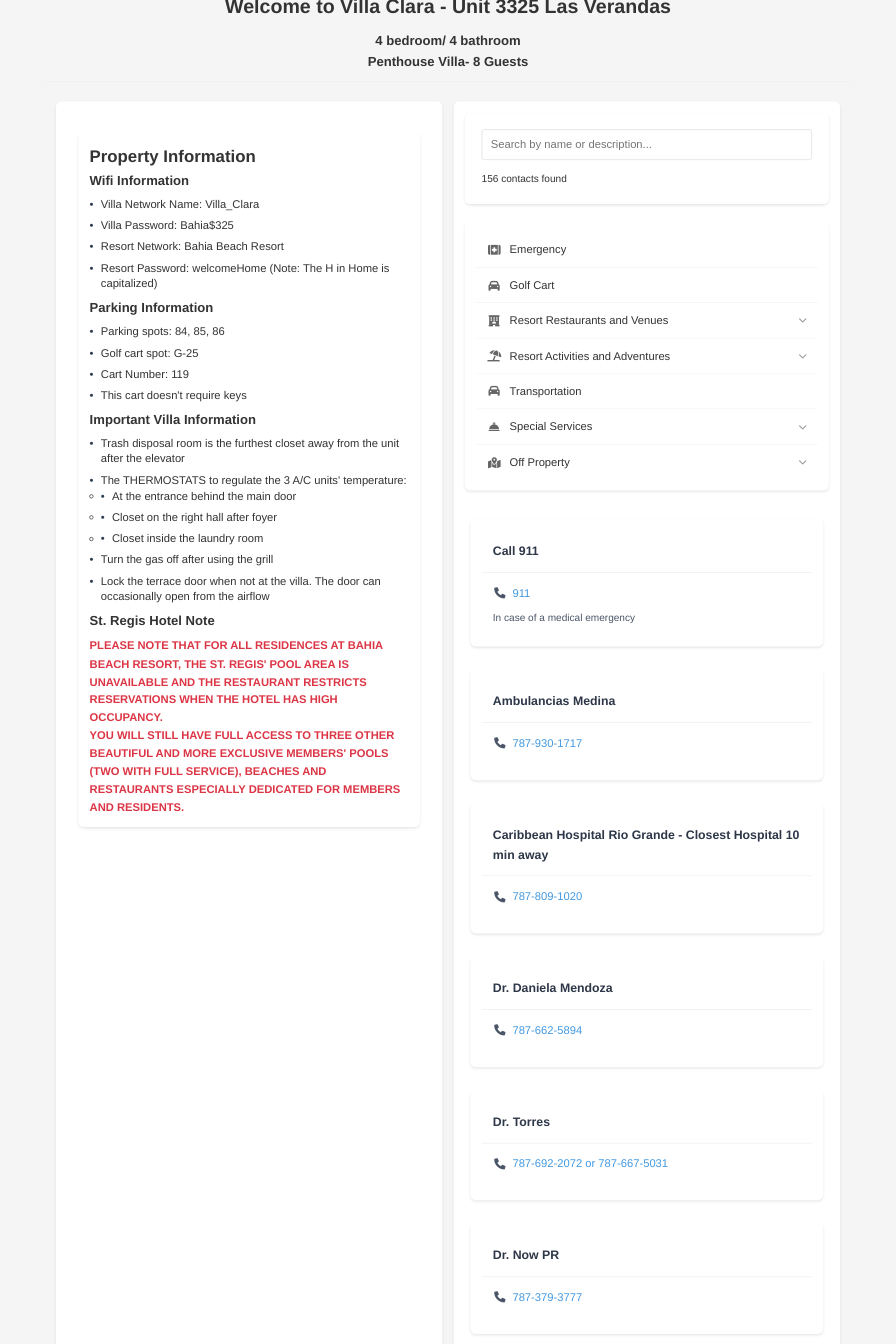
Repository: chvg1968/luxephonebook
Page: public/pages/villaclara.html
An editor plug-in stored every save of this project. The page is shown before and after the next save, followed by the edit.
The browser window is 1280 px wide. The pictures show the part of the page from y = 571 to 2491 px (the page is 33105 px tall before and 1825 px after), at 70% of full size.

Above is the page before, as saved 2025-01-23 22:18:53.

### public/pages/villaclara.html
<!DOCTYPE html>
<html lang="en">
<head>
    <meta charset="UTF-8">
    <meta name="viewport" content="width=device-width, initial-scale=1.0">
    <title>Luxe Properties - Villa Clara</title>
    <link rel="stylesheet" href="/public/assets/styles/main.css">
    <link rel="stylesheet" href="/public/assets/styles/components/accordion.css">
    <link rel="stylesheet" href="/public/assets/styles/components/category-tree.css">
    <link rel="stylesheet" href="/public/assets/styles/components/card.css">
    <link rel="stylesheet" href="https://cdnjs.cloudflare.com/ajax/libs/font-awesome/6.0.0/css/all.min.css">
</head>
<body>
    <div class="container">
        <header class="main-header">
            <div class="logo-container">
                <img src="/public/assets/images/logo.png" alt="Luxe Properties Logo" class="logo">
            </div>
        </header>

        <main>
            <div class="property-welcome">
                <img src="/public/assets/images/properties/villaclara/Villa Clara.jpg" alt="Villa Clara" class="property-image">
                <h1 id="propertyTitle">Welcome to Villa Clara - Unit 3325 Las Verandas</h1>
                <h3>4 bedroom/ 4 bathroom </h3>
                <h3>Penthouse Villa- 8 Guests</h3>
                <a href="/index.html" class="back-to-home">
                    <i class="fas fa-home"></i>
                    <span>Back to home</span>
                </a>
            </div>

            <div class="two-column-layout">
                <!-- Columna de información de la propiedad -->
                <div class="property-column">
                    <div class="property-hero">
                        <div class="property-info">
                            <!-- Property info will be dynamically inserted here -->
                        </div>
                    </div>
                </div>

                <!-- Columna de búsqueda y categorías -->
                <div class="search-column">
                    <section class="search-section">
                        <div class="search-box">
                            <input
                                type="text"
                                id="searchInput"
                                class="search-input"
                                placeholder="Search by name or description..."
                                aria-label="Search contacts"
                            >
                        </div>
                        <div id="stats" class="stats"></div>
                    </section>

                    <!-- Árbol de categorías -->
                    <div id="categoryTree" class="category-tree"></div>

                    <div id="resultsContainer" class="results"></div>
                </div>
            </div>
        </main>
    </div>

    <script type="module" src="/public/js/property.js"></script>
</body>
</html>

### public/assets/styles/components/accordion.css
.accordion {
    width: 100%;
    max-width: 1200px;
    margin: 2rem auto;
}

.accordion-item {
    margin-bottom: 1rem;
    border-radius: 8px;
    overflow: hidden;
    box-shadow: 0 2px 4px rgba(0, 0, 0, 0.1);
}

.accordion-header {
    background-color: #fff;
    padding: 1rem;
    cursor: pointer;
    display: flex;
    align-items: center;
    transition: background-color 0.3s ease;
}

.accordion-header:hover {
    background-color: #f8f9fa;
}

.accordion-header img {
    width: 100px;
    height: 70px;
    object-fit: cover;
    margin-right: 1rem;
    border-radius: 4px;
}

.accordion-header h2 {
    margin: 0;
    font-size: 1.25rem;
    color: #333;
}

.accordion-content {
    max-height: 0;
    overflow: hidden;
    transition: max-height 0.3s ease-out;
    background-color: #fff;
}

.accordion-content.active {
    max-height: 1000px;
}

.property-hero {
    padding: 1rem;
}

.property-info {
    margin-top: 0.75rem;
}

.property-info h3 {
    color: #333;
    margin-bottom: 0.5rem;
}

.info-section {
    margin-bottom: 1rem;
}

.info-section:last-child {
    margin-bottom: 0;
}

.info-section h3 {
    margin-bottom: 0.5rem;
    color: #333;
}

.info-list {
    list-style: none;
    padding: 0;
    margin: 0;
}

.info-list li {
    margin-bottom: 0.5rem;
    line-height: 1.4;
}

.warning {
    color: #dc3545;
    font-weight: bold;
}

.property-welcome {
    text-align: center;
    margin: 0.75rem 0;
    position: relative;
    padding: 0.75rem;
    border-bottom: 1px solid #eee;
}

.property-image {
    width: 280px;
    height: 180px;
    object-fit: cover;
    border-radius: 8px;
    margin-bottom: 0.75rem;
    box-shadow: 0 4px 6px rgba(0, 0, 0, 0.1);
}

.back-to-home {
    display: flex;
    align-items: center;
    justify-content: center;
    gap: 0.5rem;
    color: #666;
    text-decoration: none;
    font-size: 1rem;
    margin-top: 0.75rem;
    transition: color 0.3s ease;
}

.back-to-home:hover {
    color: #333;
}

.back-to-home i {
    font-size: 1.2rem;
}

/* Header styles */
.main-header {
    text-align: center;
    padding: 1rem;
    margin-bottom: 0.75rem;
    border-bottom: 1px solid #eee;
}

.logo-container {
    margin-bottom: 0.75rem;
}

.logo {
    max-width: 180px;
    height: auto;
}

.welcome-title {
    font-size: 2rem;
    color: #333;
    margin-bottom: 0.5rem;
}

.welcome-subtitle {
    font-size: 1.25rem;
    color: #666;
    margin-bottom: 2rem;
}

.two-column-layout {
    display: grid;
    grid-template-columns: 1fr 1fr;
    gap: 1rem;
    padding: 1rem;
    max-width: 1400px;
    margin: 0 auto;
}

.property-column,
.search-column {
    background: #fff;
    padding: 1rem;
    border-radius: 8px;
    box-shadow: 0 2px 4px rgba(0, 0, 0, 0.1);
}

.search-section {
    margin-bottom: 1rem;
}

.search-box {
    display: flex;
    flex-direction: column;
    gap: 0.75rem;
    margin-bottom: 0.75rem;
}

.search-input,
.category-select {
    padding: 0.75rem;
    border: 1px solid #ddd;
    border-radius: 4px;
    font-size: 1rem;
}

.results {
    margin-top: 2rem;
}

#propertyTitle {
    margin-bottom: 0.75rem;
    color: #333;
    font-size: 1.75rem;
}

main {
    padding-top: 0.75rem;
}

@media (max-width: 768px) {
    .two-column-layout {
        grid-template-columns: 1fr;
    }

    .property-column,
    .search-column {
        padding: 1rem;
    }
}

### public/assets/styles/components/category-tree.css
.category-tree {
    background: #fff;
    border-radius: 8px;
    box-shadow: 0 2px 4px rgba(0, 0, 0, 0.1);
    overflow: visible;
    margin-bottom: 1rem;
    position: relative;
    z-index: 20;
    padding: 1rem;
}

.category-item {
    border-bottom: 1px solid #eee;
    position: relative;
}

.category-item:last-child {
    border-bottom: none;
}

.category-header {
    display: flex;
    align-items: center;
    padding: 0.75rem 1rem;
    cursor: pointer;
    transition: all 0.3s ease;
    gap: 0.75rem;
    position: relative;
    background: #fff;
    z-index: 2;
}

.category-header:hover {
    background-color: #f8f9fa;
}

.category-header i:first-child {
    width: 20px;
    text-align: center;
    color: #666;
}

.category-header span {
    flex: 1;
    font-weight: 500;
    color: #333;
}

.category-header .fa-chevron-down {
    font-size: 0.75rem;
    color: #999;
    transition: transform 0.3s ease;
}

.category-header .fa-chevron-down.rotated {
    transform: rotate(180deg);
}

.subcategories {
    max-height: 0;
    overflow: hidden;
    transition: max-height 0.3s ease-out;
    background: #f8f9fa;
}

.subcategories.expanded {
    max-height: 500px; /* Ajustar según sea necesario */
}

.subcategory-item {
    display: flex;
    align-items: center;
    padding: 0.5rem 1rem 0.5rem 2.5rem;
    cursor: pointer;
    gap: 0.75rem;
    transition: background-color 0.2s ease;
}

.subcategory-item:hover {
    background-color: #edf2f7;
}

.subcategory-item i {
    width: 20px;
    text-align: center;
    color: #666;
}

.subcategory-item span {
    flex: 1;
    color: #4a5568;
}

/* Estilos para elementos seleccionados */
.category-header.selected,
.subcategory-item.selected {
    background-color: #e2e8f0;
    font-weight: 600;
}

.category-header.selected i,
.subcategory-item.selected i {
    color: #2b6cb0;
}

/* Animaciones */
.category-header,
.subcategory-item {
    position: relative;
    overflow: hidden;
}

.category-header::after,
.subcategory-item::after {
    content: '';
    position: absolute;
    left: 0;
    top: 0;
    height: 100%;
    width: 0;
    background: rgba(66, 153, 225, 0.1);
    transition: width 0.3s ease;
}

.category-header:hover::after,
.subcategory-item:hover::after {
    width: 100%;
}

/* Responsividad */
@media (max-width: 768px) {
    .category-tree {
        margin: 0.5rem;
        padding: 0.5rem;
    }

    .category-header,
    .subcategory-item {
        padding: 0.5rem;
    }

    .subcategory-item {
        padding-left: 2rem;
    }
}

### public/assets/styles/components/card.css
/* card.css */
.card {
    background: #fff;
    border-radius: 8px;
    box-shadow: 0 2px 4px rgba(0, 0, 0, 0.1);
    margin-bottom: 1rem;
    transition: transform 0.2s ease, box-shadow 0.2s ease;
}

.card:hover {
    transform: translateY(-2px);
    box-shadow: 0 4px 8px rgba(0, 0, 0, 0.15);
}

.card-header {
    padding: 1rem;
    border-bottom: 1px solid #eee;
}

.card-header h3 {
    margin: 0;
    color: #2d3748;
    font-size: 1.1rem;
    font-weight: 600;
}

.card-body {
    padding: 1rem;
}

.contact-info {
    display: flex;
    align-items: center;
    margin-bottom: 0.5rem;
    gap: 0.5rem;
}

.contact-info i {
    color: #4a5568;
    width: 20px;
    text-align: center;
}

.contact-info a {
    color: #4299e1;
    text-decoration: none;
    transition: color 0.2s ease;
}

.contact-info a:hover {
    color: #2b6cb0;
    text-decoration: underline;
}

.description {
    margin-top: 0.75rem;
    color: #4a5568;
    font-size: 0.9rem;
    line-height: 1.4;
}

.tags {
    display: flex;
    flex-wrap: wrap;
    gap: 0.5rem;
    margin-top: 0.75rem;
}

.tag {
    font-size: 0.8rem;
    padding: 0.25rem 0.5rem;
    border-radius: 4px;
    background: #edf2f7;
    color: #4a5568;
}

.tag.category {
    background: #ebf4ff;
    color: #2b6cb0;
}

.tag.section {
    background: #f0fff4;
    color: #2f855a;
}

/* Responsive styles */
@media (max-width: 768px) {
    .card {
        margin: 0.5rem;
    }

    .card-header h3 {
        font-size: 1rem;
    }

    .contact-info {
        font-size: 0.9rem;
    }
}

/* search.css */
.search-section {
    background-color: var(--card-background);
    padding: var(--spacing-lg);
    border-radius: var(--border-radius);
    margin-bottom: var(--spacing-lg);
    box-shadow: var(--shadow-sm);
}

.search-box {
    display: flex;
    gap: var(--spacing-md);
    margin-bottom: var(--spacing-md);
}

/* header.css */
header {
    background-color: transparent;
    padding: var(--spacing-md);
    text-align: center;
    margin-bottom: var(--spacing-lg);
}

### public/js/utils/filters.js
// filters.js
export function filterContacts(contacts, { searchTerm = '', category = '' }) {
    console.log('Filtering with:', { searchTerm, category }); // Debug
    console.log('Total contacts:', contacts.length); // Debug

    // Mapeo de categorías principales y sus subcategorías
    const categoryMap = {
        // Categorías principales
        'Emergency': ['Emergency'],
        'Golf Cart': ['Golf Cart'],
        'Resort Venues': ['Hotel', 'Spa', 'Wellness', 'Bar', 'Restaurant'],
        'Resort Activities': ['Scuba', 'Aqua', 'Tour', 'Activity', 'Tennis', 'Wellness', 'Concierge'],
        'Transportation': ['Transportation'],
        'Special Services': ['Nanny', 'Photography', 'Personal Care', 'Kids Club', 'Chef', 'Catering', 'Delivery', 'Butler', 'Concierge'],
        'Off Property': ['Tour', 'Shopping', 'Restaurant'],

        // Subcategorías individuales
        'Hotel': ['Hotel'],
        'Spa': ['Spa'],
        'Wellness Center': ['Wellness'],
        'Bar': ['Bar'],
        'Restaurant': ['Restaurant'],
        'Scuba Diving Tours': ['Scuba'],
        'Aqua Tours': ['Aqua'],
        'Tours': ['Tour'],
        'Activities Reservations': ['Activity'],
        'Tennis Reservations': ['Tennis'],
        'Concierge': ['Concierge'],
        'Nanny Services': ['Nanny'],
        'Professional Photography': ['Photography'],
        'Personal Care and Fitness': ['Personal Care'],
        "Kid's Club": ['Kids Club'],
        'Personal Chefs': ['Chef'],
        'Pre-Made Meals and Catering': ['Catering'],
        'Delivery Services': ['Delivery'],
        'Butler Services': ['Butler'],
        'Concierge Services': ['Concierge'],
        'Shopping': ['Shopping']
    };

    return contacts.filter(contact => {
        // Si no hay categoría seleccionada, mostrar todos los contactos
        if (!category) return true;

        // Obtener las categorías mapeadas
        const mappedCategories = categoryMap[category];
        if (!mappedCategories) {
            console.log('No mapping found for category:', category);
            return false;
        }

        // Normalizar la categoría del contacto
        const contactCategory = (contact.category || '').toLowerCase();

        // Verificar si la categoría del contacto coincide con alguna de las categorías mapeadas
        const matchesCategory = mappedCategories.some(mappedCat =>
            contactCategory.includes(mappedCat.toLowerCase())
        );

        // Si no coincide con la categoría, filtrar este contacto
        if (!matchesCategory) return false;

        // Si no hay término de búsqueda, mantener el contacto
        if (!searchTerm) return true;

        // Buscar en nombre y descripción
        const searchFields = [
            contact.name,
            contact.description
        ].filter(Boolean);

        // Convertir el término de búsqueda a minúsculas
        const term = searchTerm.toLowerCase().trim();

        // Verificar si algún campo coincide con el término de búsqueda
        return searchFields.some(field =>
            field.toString().toLowerCase().includes(term)
        );
    });
}

Loaded but not shown: public/js/data/contacts.js (1094 lines, source omitted); public/js/components/CategoryTree.js (175 lines, source omitted); public/js/data/categories.js (172 lines, source omitted); public/js/property.js (139 lines, source omitted); public/js/components/Card.js (133 lines, source omitted); public/js/components/ScrollToTop.js (92 lines, source omitted); public/js/components/SearchBar.js (33 lines, source omitted); public/assets/styles/main.css (410 lines, source omitted)

After the next save:
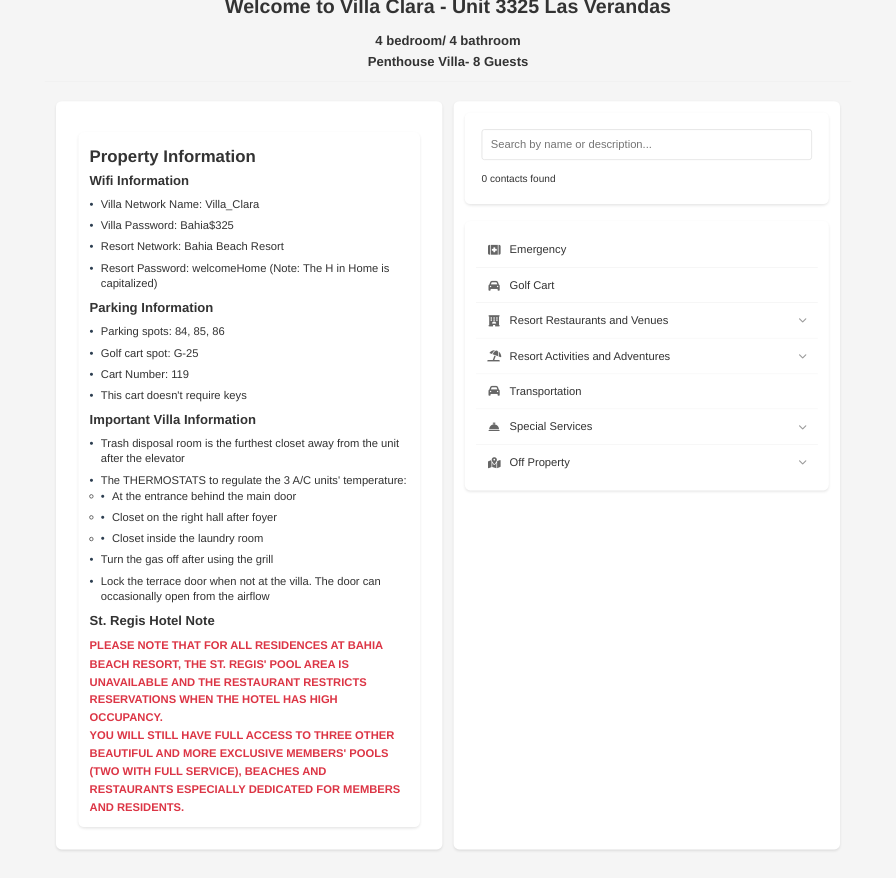
Saved 3 s later.
--- a/public/js/utils/filters.js
+++ b/public/js/utils/filters.js
@@ -2,6 +2,11 @@
 export function filterContacts(contacts, { searchTerm = '', category = '' }) {
     console.log('Filtering with:', { searchTerm, category }); // Debug
     console.log('Total contacts:', contacts.length); // Debug
+
+    // Si no hay categoría ni término de búsqueda, no mostrar nada
+    if (!category && !searchTerm) {
+        return [];
+    }
 
     // Mapeo de categorías principales y sus subcategorías
     const categoryMap = {
@@ -39,42 +44,37 @@
     };
 
     return contacts.filter(contact => {
-        // Si no hay categoría seleccionada, mostrar todos los contactos
-        if (!category) return true;
+        // Verificar la categoría si está presente
+        if (category) {
+            const mappedCategories = categoryMap[category];
+            if (!mappedCategories) {
+                console.log('No mapping found for category:', category);
+                return false;
+            }
 
-        // Obtener las categorías mapeadas
-        const mappedCategories = categoryMap[category];
-        if (!mappedCategories) {
-            console.log('No mapping found for category:', category);
-            return false;
+            const contactCategory = (contact.category || '').toLowerCase();
+            const matchesCategory = mappedCategories.some(mappedCat =>
+                contactCategory.includes(mappedCat.toLowerCase())
+            );
+
+            if (!matchesCategory) return false;
         }
 
-        // Normalizar la categoría del contacto
-        const contactCategory = (contact.category || '').toLowerCase();
+        // Si hay término de búsqueda, verificar coincidencias
+        if (searchTerm) {
+            const searchFields = [
+                contact.name,
+                contact.description,
+                contact.phone
+            ].filter(Boolean);
 
-        // Verificar si la categoría del contacto coincide con alguna de las categorías mapeadas
-        const matchesCategory = mappedCategories.some(mappedCat =>
-            contactCategory.includes(mappedCat.toLowerCase())
-        );
+            const term = searchTerm.toLowerCase().trim();
+            return searchFields.some(field =>
+                field.toString().toLowerCase().includes(term)
+            );
+        }
 
-        // Si no coincide con la categoría, filtrar este contacto
-        if (!matchesCategory) return false;
-
-        // Si no hay término de búsqueda, mantener el contacto
-        if (!searchTerm) return true;
-
-        // Buscar en nombre y descripción
-        const searchFields = [
-            contact.name,
-            contact.description
-        ].filter(Boolean);
-
-        // Convertir el término de búsqueda a minúsculas
-        const term = searchTerm.toLowerCase().trim();
-
-        // Verificar si algún campo coincide con el término de búsqueda
-        return searchFields.some(field =>
-            field.toString().toLowerCase().includes(term)
-        );
+        // Si llegamos aquí, significa que hay una categoría seleccionada pero no hay término de búsqueda
+        return true;
     });
 }
